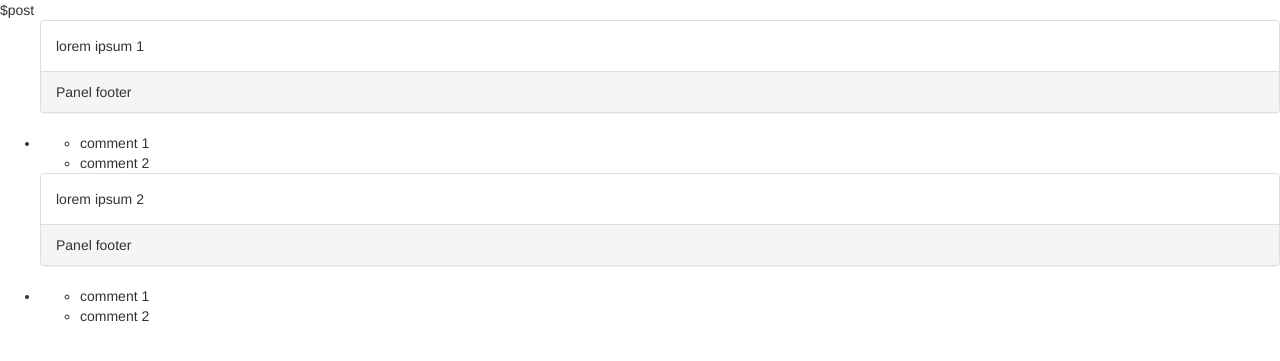
Repository: mhkafayi79/mohammad
Page: http://localhost/cfcfgcfgcfgcfg
The author's editor kept a copy of each file at every save. The page is drawn from the files as they stood at one save, then again after a run of saves.
The browser window is 1280 px wide. The pictures show the whole page.
The page is served by the project's Laravel application, run on PHP 8.4 with Laravel 8. Other server files are loaded and not shown.

Above is the page before, as saved 2020-10-11 16:03:36.

### routes/web.php
<?php

use App\Http\Controllers\homeController;
use Illuminate\Support\Facades\Route;

/*
|--------------------------------------------------------------------------
| Web Routes
|--------------------------------------------------------------------------
|
| Here is where you can register web routes for your application. These
| routes are loaded by the RouteServiceProvider within a group which
| contains the "web" middleware group. Now create something great!
|
*/

Route::get('/', function () {
    return view('welcome');
});
Route::get('cfcfgcfgcfgcfg', [homeController::class,'getpost']);

### app/Http/Controllers/homeController.php
<?php

namespace App\Http\Controllers;

use Illuminate\Http\Request;

class homeController extends Controller
{
    public function getpost()
    {

        $posts = ['lorem ipsum 1'=>['comment 1', 'comment 2'],'lorem ipsum 2'=>['comment 1', 'comment 2']];
        return view('welcome')->withPosts($posts);
    }
}

### resources/views/welcome.blade.php
<!DOCTYPE html>
<html lang="{{ str_replace('_', '-', app()->getLocale()) }}">

<head>
    <!-- Latest compiled and minified CSS -->
    <link rel="stylesheet" href="https://stackpath.bootstrapcdn.com/bootstrap/3.4.1/css/bootstrap.min.css" integrity="sha384-HSMxcRTRxnN+Bdg0JdbxYKrThecOKuH5zCYotlSAcp1+c8xmyTe9GYg1l9a69psu" crossorigin="anonymous">
</head>
$post

<body class="antialiased">
    <ul>
        @foreach($posts as $key => $comments)

        <div class="panel panel-default">
              <div class="panel-body">
                    {{ $key }}
              </div>
              <div class="panel-footer">
                    Panel footer
                </div>
        </div>

        <li>
            <ul>
                @foreach($comments as $comment)

                <li>{{$comment}}</li>
                @endforeach

            </ul>
        </li>

        @endforeach
    </ul>
</body>

</html>

Loaded but not shown: app/Http/Controllers/Controller.php (common file)

After the next 2 saves:
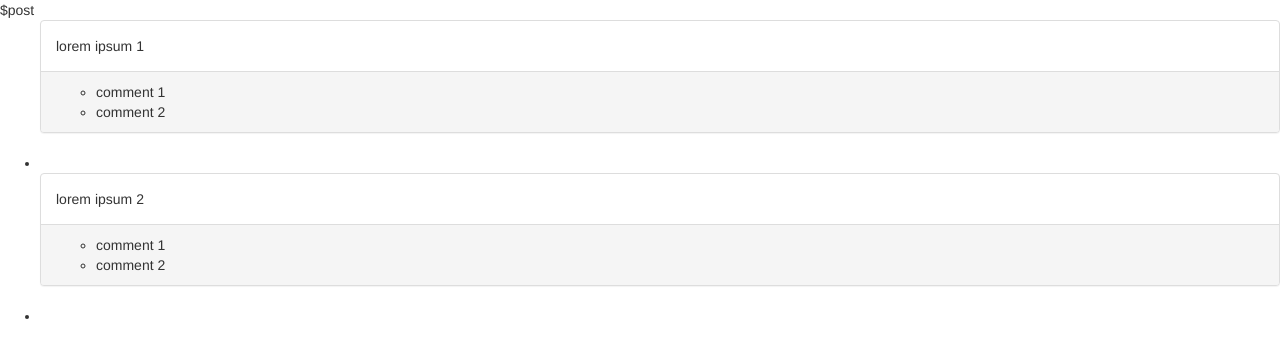
The 2 saves are shown as one change because they came seconds apart.
The last was saved 8 s later.
--- a/resources/views/welcome.blade.php
+++ b/resources/views/welcome.blade.php
@@ -12,22 +12,22 @@ $post
         @foreach($posts as $key => $comments)
 
         <div class="panel panel-default">
-              <div class="panel-body">
-                    {{ $key }}
-              </div>
-              <div class="panel-footer">
-                    Panel footer
-                </div>
+            <div class="panel-body">
+                {{ $key }}
+            </div>
+            <div class="panel-footer">
+                <ul>
+                    @foreach($comments as $comment)
+
+                    <li>{{$comment}}</li>
+                    @endforeach
+
+                </ul>
+            </div>
         </div>
 
         <li>
-            <ul>
-                @foreach($comments as $comment)
 
-                <li>{{$comment}}</li>
-                @endforeach
-
-            </ul>
         </li>
 
         @endforeach
